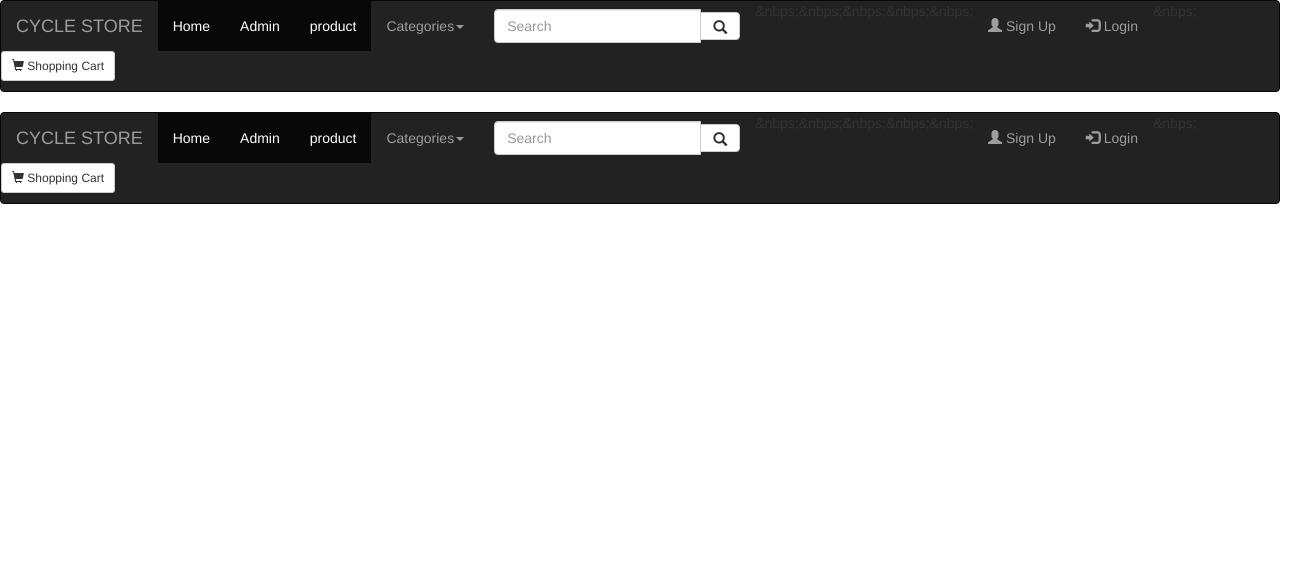
Repository: SumiyaSulaiman/project1
Page: http://localhost/cycle/baby.jsp
These files come from the project's save history. The page is drawn as it stood at one moment and after the next save; the edit follows.
The browser window is 1280 px wide. The page is 1280 px wide, then 1295 px, so the pictures cover 1295 px, including what lies to the right of the window. The pictures show the whole page.
Some web libraries are served in a nearby version. The page is served by Tomcat 9. Nobody is signed in. The application's start-up code is not run.

Above is the page before, as saved 2017-12-21 07:22:05.

After the next save:
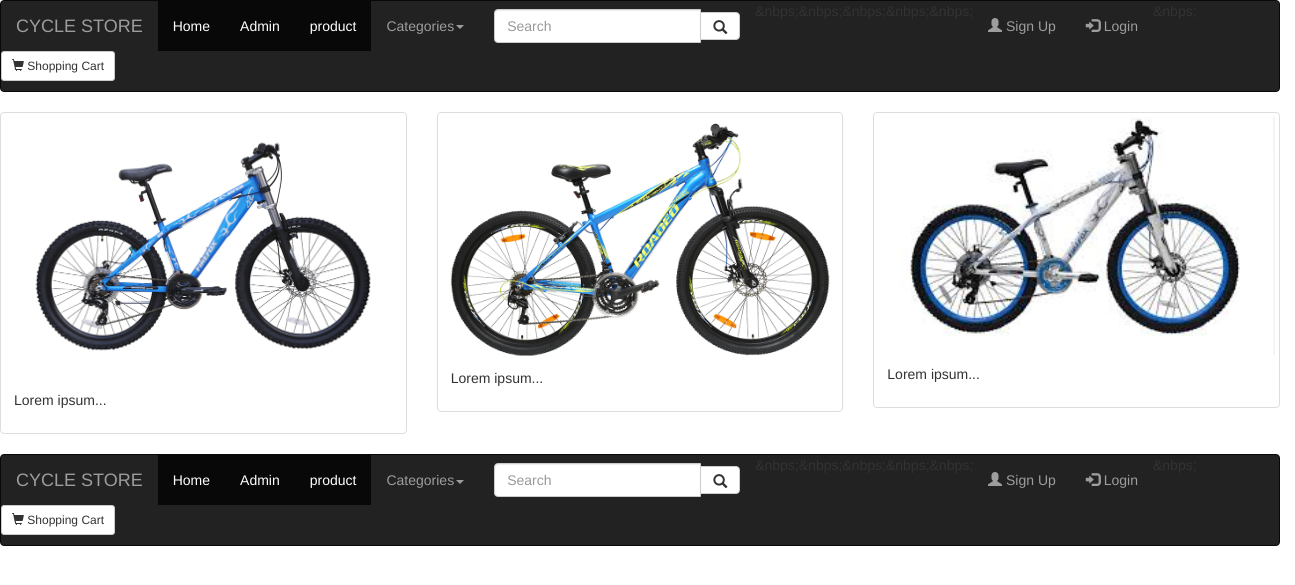
Saved 43 s later.
--- a/project/cycle/src/main/webapp/baby.jsp
+++ b/project/cycle/src/main/webapp/baby.jsp
@@ -10,6 +10,39 @@
 
 <jsp:include page="header.jsp"></jsp:include>
 
+<div class="row">
+  <div class="col-md-4">
+    <div class="thumbnail">
+      <a href="./resources/cycle10.jpg">
+        <img src="./resources/cycle10.jpg" style="width:100%">
+        <div class="caption">
+          <p>Lorem ipsum...</p>
+        </div>
+      </a>
+    </div>
+  </div>
+  <div class="col-md-4">
+    <div class="thumbnail">
+      <a href="./resources/cycle6.jpg">
+        <img src="./resources/1.jpg" style="width:100%">
+        <div class="caption">
+          <p>Lorem ipsum...</p>
+        </div>
+      </a>
+    </div>
+  </div>
+  <div class="col-md-4">
+    <div class="thumbnail">
+      <a href="./resources/cycle7.jpg">
+        <img src="./resources/cycle7.jpg"style="width:100%">
+        <div class="caption">
+          <p>Lorem ipsum...</p>
+        </div>
+      </a>
+    </div>
+  </div>
+</div>
+
 
 
 <jsp:include page="header.jsp"></jsp:include>
